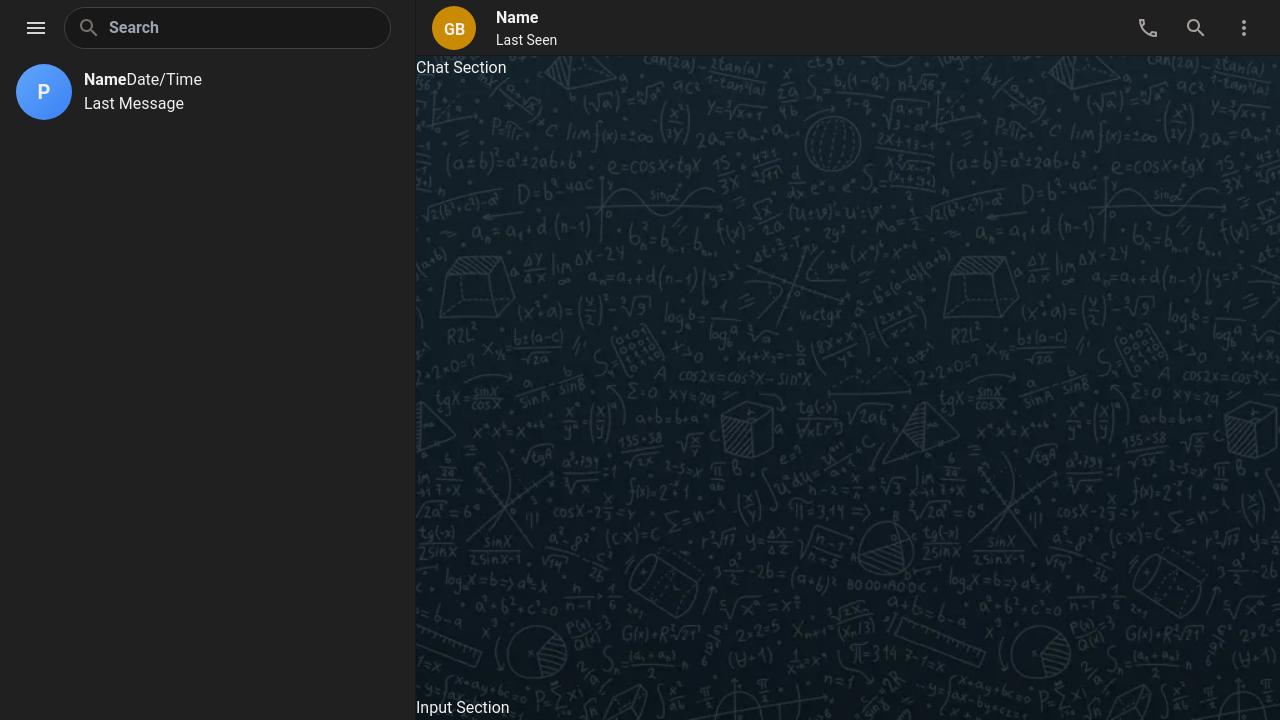
Repository: Qu4ntumGuy/telegram-clone
Page: /
An editor plug-in stored every save of this project. The page is shown before and after the next save, followed by the edit.
The browser window is 1280 px wide. The pictures show the whole page.
The page's requests for data from a server got no answer. The project was rebuilt for these pictures with package versions that can differ from the ones it lists, and the page was loaded fresh each time. No one was signed in, and anything a server would have sent is missing. Also part of the build but not shown: src/Pages/ChatPage.js/ChatPage.js.

Above is the page before, as saved 2024-07-15 13:50:55.

### src/index.css
@tailwind base;
@tailwind components;
@tailwind utilities;

:root {
  font-family: "Roboto", sans-serif;
  color-scheme: light;
  body {
    @apply bg-[#181818] text-[#f0f0f0];
  }
}
/*
:root {
  @apply bg-[#181818];
} */

### src/App.js
import { Routes, BrowserRouter, Route } from "react-router-dom";
import Sidebar from "./Components/Sidebar";
import Home from "./Pages/Home/Home";
import ChatPage from "./Pages/ChatPage.js/ChatPage";

function App() {
  return (
    <div className="flex max-w-[105rem] mx-auto">
      <Sidebar />
      <BrowserRouter>
        <Routes>
          <Route path="/" element={<Home />} />
          <Route path="/k/:id" element={<ChatPage />} />
        </Routes>
      </BrowserRouter>
      {/* <Home /> */}
    </div>
  );
}

export default App;

### src/Components/Sidebar.js
import React, { useEffect, useRef, useState } from "react";
import MenuIcon from "@mui/icons-material/Menu";
import SearchIcon from "@mui/icons-material/Search";
import axios from "axios";
import Chat from "./Chat";

function Sidebar() {
  const [page, setPage] = useState(1);
  const [channels, setChannels] = useState([]);
  const fetchChannels = async () => {
    try {
      const res = await axios.get(
        `https://devapi.beyondchats.com/api/get_all_chats?page=${page}`,
        {
          headers: {
            Accept: "application/json",
          },
        }
      );
      //   console.log(res);
      setChannels(res.data.data.data);
      console.log(res.data.data.data);
    } catch (error) {
      console.log(error);
    }
  };

  function formatString(str) {
    str = str.trim();
    const words = str.split(/\s+/);
    if (words.length === 1) {
      return words[0].charAt(0).toUpperCase();
    } else if (words.length === 2) {
      return (
        words[0].charAt(0).toUpperCase() + words[1].charAt(0).toUpperCase()
      );
    } else {
      return (
        words[0].charAt(0).toUpperCase() +
        words[words.length - 1].charAt(0).toUpperCase()
      );
    }
  }

  useEffect(() => {
    fetchChannels();
  }, []);

  const ref = useRef();
  return (
    <div className="w-full md:max-w-[26rem] bg-[#202020] border-r border-[#181818] h-screen">
      <div className="flex items-center justify-start px-4 h-14 w-full">
        <div className="px-2 text-stone-300">
          <MenuIcon />
        </div>

        <div className="flex items-center justify-start border text-stone-500 w-full px-3 mx-2 border-stone-700 rounded-full p-2 bg-[#181818]">
          <div className="w-auto">
            <SearchIcon />
          </div>
          <form className="w-full text-white font-semibold">
            <input
              className=" w-full bg-inherit pl-2 focus:outline-none"
              placeholder="Search"
            />
            <div className="w-full bg-inherit pl-2"></div>
          </form>
        </div>
      </div>
      <div className=" overflow-y-auto">
        <Chat />
      </div>
    </div>
  );
}

export default Sidebar;

### src/Pages/Home/Home.js
import React from "react";
import backgroundImage from "../../Assets/Desktop.webp";
import Topbar from "../../Components/Topbar";

function Home() {
  const image =
    "https://blog.1a23.com/wp-content/uploads/sites/2/2020/02/pattern_02-150x150.png";

  //   const divStyle = {
  //     width: "100%",
  //     height: "100vh", // Adjust the height as needed
  //     backgroundImage: `url(${backgroundImage})`,
  //     backgroundSize: "cover", // Ensures the image covers the entire div
  //     backgroundPosition: "center", // Centers the image
  //   };
  return (
    <div
      className="md:flex flex-col justify-center bg-cover h-screen hidden md:w-full "
      style={{ backgroundImage: `url(${backgroundImage})` }}
    >
      <div className="top-0 mb-auto h-14 bg-[#202020] border-b border-[#181818]">
        <Topbar />
      </div>
      <div className="flex flex-col h-full">
        <div className="top-0">Chat Section</div>
        <div className="bottom-0 mt-auto">Input Section</div>
      </div>
    </div>
  );
}

export default Home;

### src/Components/Chat.js
import React from "react";

function Chat({ name, profile }) {
  return (
    <div className="flex items-center hover:bg-stone-700 hover:bg-opacity-30 p-2 mx-2 rounded-lg">
      <div className="flex justify-center items-center text-xl font-semibold bg-gradient-to-br from-blue-400 rounded-full w-14 h-14 to-blue-500">
        P
      </div>
      <div className="flex flex-col ml-3">
        <div className="flex">
          <div className="font-semibold w-full">Name</div>
          <div>Date/Time</div>
        </div>
        <div>Last Message</div>
      </div>
    </div>
  );
}

export default Chat;

### src/Components/Topbar.js
import React from "react";
import CallOutlinedIcon from "@mui/icons-material/CallOutlined";
import SearchIcon from "@mui/icons-material/Search";
import MoreVertIcon from "@mui/icons-material/MoreVert";

function Topbar() {
  return (
    <div className="flex px-4 h-14">
      <div className="flex-1 flex items-center">
        <div className="bg-yellow-600 p-3 rounded-full h-11 w-11 text-center align-middle font-bold">
          <div className="text-center align-middle">GB</div>
        </div>
        <div className="flex flex-col pl-5 w-full">
          <div className="font-semibold">Name</div>
          <div className="text-sm"> Last Seen</div>
        </div>
      </div>
      <div className="flex items-center space-x-2 font-bold pl-3 text-stone-400">
        <div className=" rounded-full cursor-pointer hover:bg-stone-700 hover:bg-opacity-30 p-2">
          <CallOutlinedIcon />
        </div>
        <div className=" rounded-full cursor-pointer hover:bg-stone-700 hover:bg-opacity-30 p-2">
          <SearchIcon />
        </div>
        <div className=" rounded-full cursor-pointer hover:bg-stone-700 hover:bg-opacity-30 p-2">
          <MoreVertIcon />
        </div>
      </div>
    </div>
  );
}

export default Topbar;

Loaded but not shown: public/index.html (common file); src/index.js (common file); src/reportWebVitals.js (common file); tailwind.config.js (common file)

After the next save:
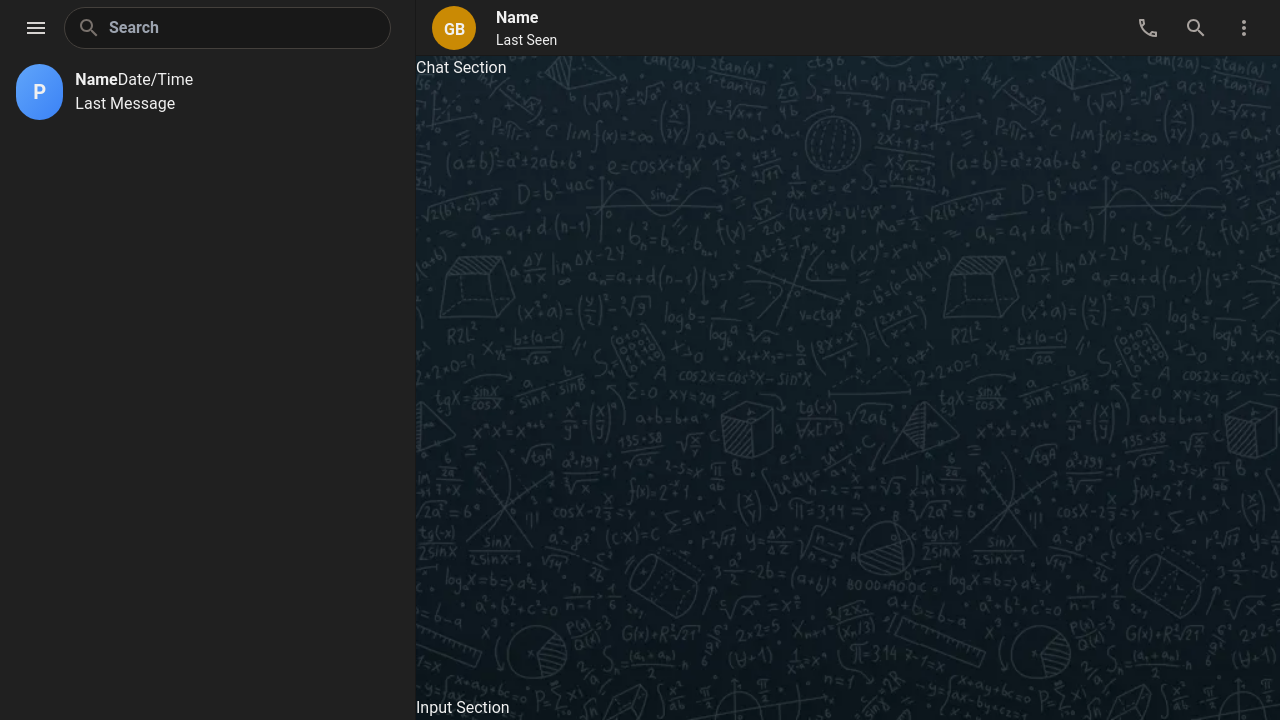
Saved 9 s later.
--- a/src/Components/Chat.js
+++ b/src/Components/Chat.js
@@ -6,9 +6,9 @@ function Chat({ name, profile }) {
       <div className="flex justify-center items-center text-xl font-semibold bg-gradient-to-br from-blue-400 rounded-full w-14 h-14 to-blue-500">
         P
       </div>
-      <div className="flex flex-col ml-3">
+      <div className="flex flex-col ml-3 w-full">
         <div className="flex">
-          <div className="font-semibold w-full">Name</div>
+          <div className="font-semibold">Name</div>
           <div>Date/Time</div>
         </div>
         <div>Last Message</div>
